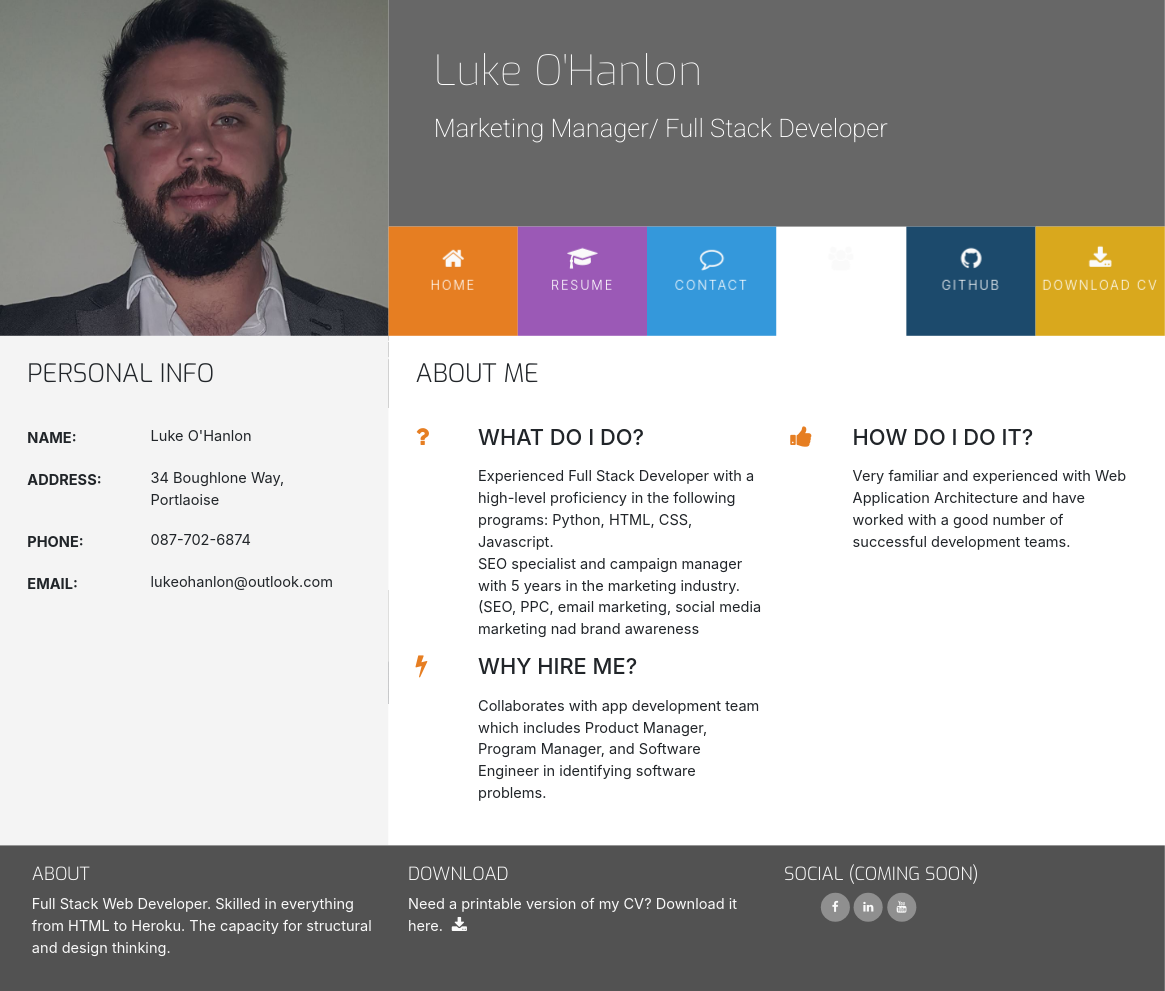
Repository: luke0han/my-resume
Page: index.html
The author's editor kept a record of every edit. The page is drawn from the files as they stood at one moment, then again after the next edit.
The browser window is 1280 px wide. The pictures show the whole page, at 91% of full size.

Above is the page before.
Console error: ReferenceError: emailjs is not defined

After the next edit:
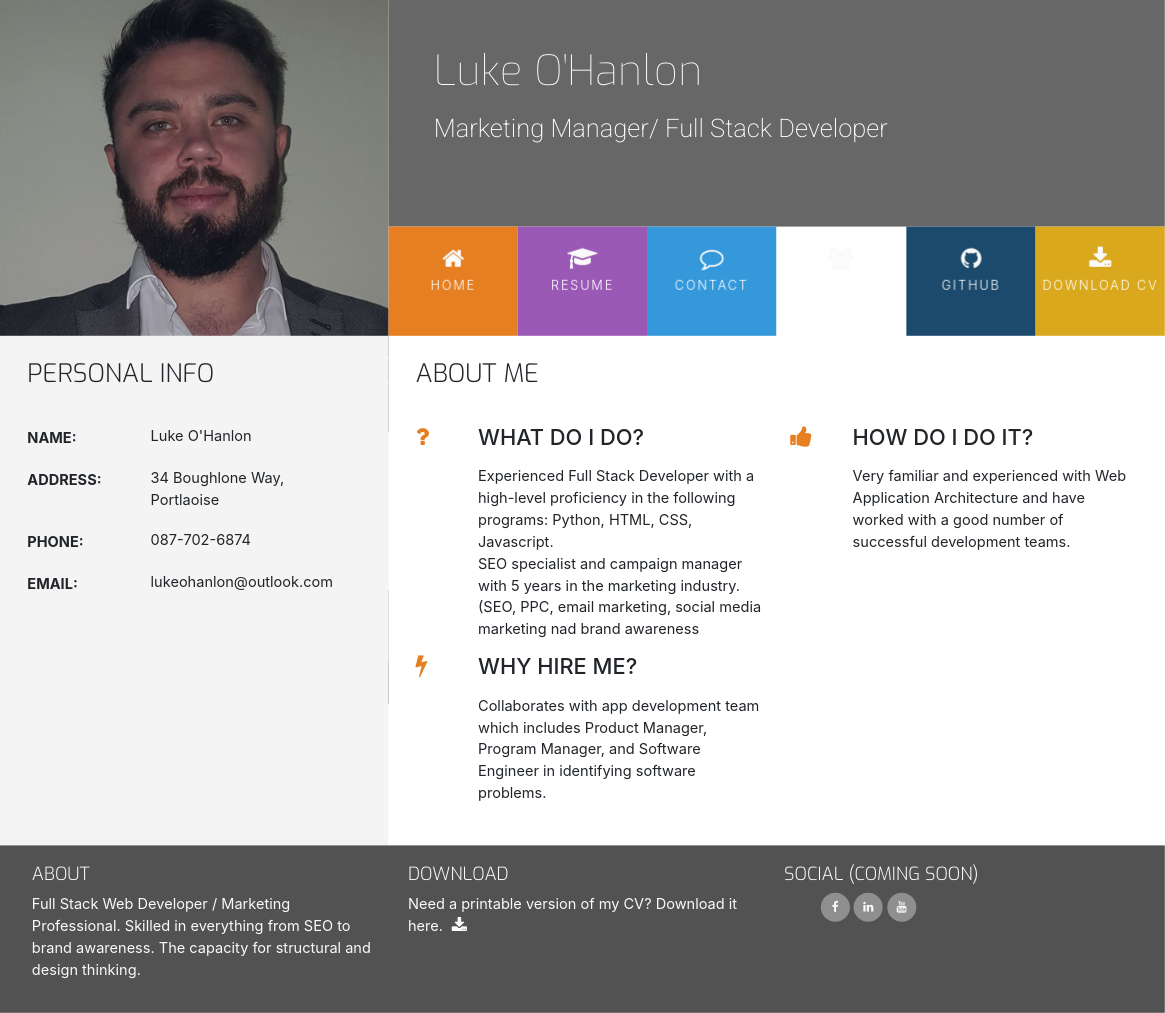
The edit:
--- a/index.html
+++ b/index.html
@@ -170,7 +170,7 @@
             <div class="col-sm-4">
                 <h5 class="uppercase general-sub">About</h5>
                 <p class="inline-block">
-                    Full Stack Web Developer. Skilled in everything from HTML to Heroku. The capacity for structural and design thinking.
+                    Full Stack Web Developer / Marketing Professional. Skilled in everything from SEO to brand awareness. The capacity for structural and design thinking.
                 </p>
             </div>
             <div class="col-sm-4">
